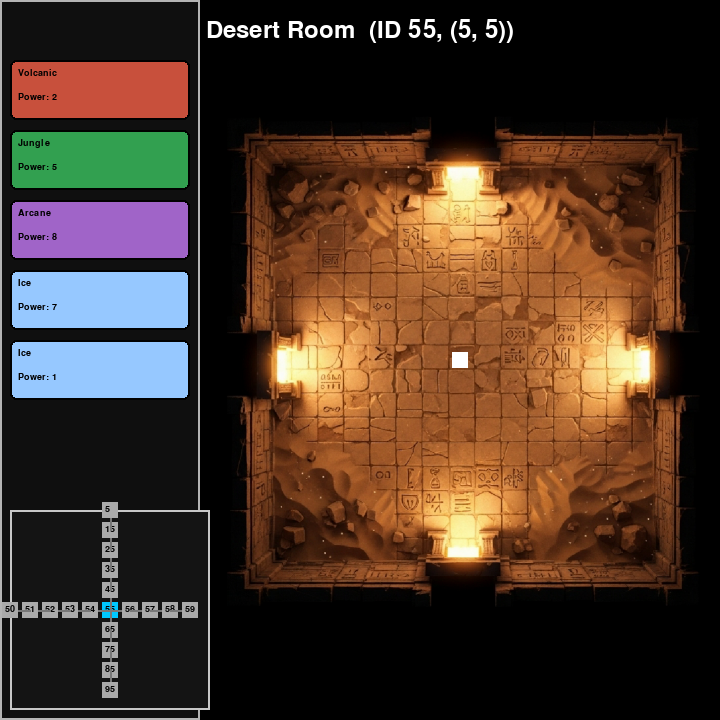
Repository: MehediMim/GateBound
Script's output: python main.py
These files come from the project's save history. The script's output is drawn as it stood at one moment and after the next save; the edit follows.
The window is shown after at most 60 frames with no key pressed. Random numbers start from a fixed seed. It also reads assets/bg_arcane.png, assets/bg_desert.png, assets/bg_ice.png, assets/bg_jungle.png, assets/bg_volcanic.png.

Above is the script's output before, as saved 2026-01-26 18:47:42.

### main.py
import pygame
import sys
import random

# =========================
# CONFIG
# =========================
SCREEN = 720
ROOM_ORIGINAL = 1024
ROOM_SCALE = 0.5
ROOM_DRAW = int(ROOM_ORIGINAL * ROOM_SCALE)  # 512
FPS = 60
PLAYER_SPEED = 5
DEBUG = False

GRID_W = 10
GRID_H = 10

# =========================
# CARD CONFIG
# =========================
CARD_TYPES = ["Jungle", "Desert", "Ice", "Volcanic", "Arcane"]
CARD_MIN_POWER = 1
CARD_MAX_POWER = 9
MAX_CARDS = 5



# =========================
# INIT
# =========================
pygame.init()
screen = pygame.display.set_mode((SCREEN, SCREEN))
pygame.display.set_caption("Tower Puzzle — Rooms (10x10)")
clock = pygame.time.Clock()
font = pygame.font.SysFont(None, 36)
map_font = pygame.font.SysFont(None, 14)

# =========================
# ROOM TYPES + BG
# =========================
ROOM_TYPES = ["Jungle", "Desert", "Ice", "Volcanic", "Arcane"]

BG_RAW = {
    "Jungle": pygame.image.load("assets/bg_jungle.png").convert(),
    "Desert": pygame.image.load("assets/bg_desert.png").convert(),
    "Ice": pygame.image.load("assets/bg_ice.png").convert(),
    "Volcanic": pygame.image.load("assets/bg_volcanic.png").convert(),
    "Arcane": pygame.image.load("assets/bg_arcane.png").convert(),
}

BG = {k: pygame.transform.smoothscale(v, (ROOM_DRAW, ROOM_DRAW)) for k, v in BG_RAW.items()}

# =========================
# LAYOUT
# =========================
SIDEBAR_W = 200
GAME_W = SCREEN - SIDEBAR_W
GAME_H = SCREEN

# =========================
# CENTER ROOM RECT (SCREEN SPACE)
# =========================
GAME_BOX_RECT = pygame.Rect(
    SIDEBAR_W + (GAME_W - ROOM_DRAW) // 2,
    (SCREEN - ROOM_DRAW) // 2,
    ROOM_DRAW,
    ROOM_DRAW
)

ROOM_RECT = GAME_BOX_RECT.copy()



# Door hitboxes around the center room (screen space)
DOORS = {
    "top":    pygame.Rect(ROOM_RECT.centerx - 56, ROOM_RECT.top - 112, 112, 112),
    "bottom": pygame.Rect(ROOM_RECT.centerx - 56, ROOM_RECT.bottom,     112, 112),
    "left":   pygame.Rect(ROOM_RECT.left - 112,   ROOM_RECT.centery - 56, 112, 112),
    "right":  pygame.Rect(ROOM_RECT.right,        ROOM_RECT.centery - 56, 112, 112),
}

# Allow player to reach doors
WALK_RECT = ROOM_RECT.copy()
for r in DOORS.values():
    WALK_RECT.union_ip(r)


SPAWN = ROOM_RECT.center

# =========================
# FIXED 10x10 WORLD (PERSISTENT)
# =========================
rooms = {}

def room_id(x, y):
    return y * GRID_W + x

def id_to_xy(rid):
    return (rid % GRID_W, rid // GRID_W)

def create_world():
    for y in range(GRID_H):
        for x in range(GRID_W):
            rid = room_id(x, y)

            links = {}
            if y > 0:              links["top"] = room_id(x, y - 1)
            if y < GRID_H - 1:     links["bottom"] = room_id(x, y + 1)
            if x > 0:              links["left"] = room_id(x - 1, y)
            if x < GRID_W - 1:     links["right"] = room_id(x + 1, y)

            rooms[rid] = {
                "id": rid,
                "pos": (x, y),
                "type": random.choice(ROOM_TYPES),  # random ONCE
                "links": links
            }

create_world()
current = room_id(GRID_W // 2, GRID_H // 2)

# =========================
# PLAYER
# =========================
player = pygame.Rect(0, 0, 16, 16)
player.center = SPAWN




# =========================
# CARDS
# =========================
cards = []

def create_random_card():
    return {
        "type": random.choice(CARD_TYPES),
        "power": random.randint(CARD_MIN_POWER, CARD_MAX_POWER)
    }

def init_cards():
    cards.clear()
    for _ in range(MAX_CARDS):
        cards.append(create_random_card())



def print_cards():
    print("---- CARDS ----")
    for i, c in enumerate(cards):
        print(f"{i}: {c['type']} ({c['power']})")
    print("---------------")

init_cards()
print_cards()
print("CARDS AT START:", cards)




# =========================
# MOVEMENT + ROOM CHANGE
# =========================
def move(dx, dy):
    player.x += dx
    player.y += dy
    player.clamp_ip(WALK_RECT)

def print_room_list():
    print("====== ROOM LIST (10x10) ======")
    for rid in range(GRID_W * GRID_H):
        print(f"Room {rid:02d} @ {rooms[rid]['pos']}: {rooms[rid]['type']}")
    print("===============================")

def change_room(direction):
    global current
    if direction in rooms[current]["links"]:
        current = rooms[current]["links"][direction]
        player.center = SPAWN

        r = rooms[current]
        print("---- ROOM CHANGE ----")
        print("Current:", current, "Grid:", r["pos"], "Type:", r["type"])
        for k in ("top", "left", "right", "bottom"):
            print(f"  {k} ->", r["links"].get(k))
        print("---------------------")

def handle_doors():
    for direction, rect in DOORS.items():
        if player.colliderect(rect):
            change_room(direction)
            break

# =========================
# DEBUG DRAW
# =========================
def draw_debug():
    pygame.draw.rect(screen, (0, 255, 0), ROOM_RECT, 2)
    pygame.draw.rect(screen, (255, 255, 0), WALK_RECT, 2)
    for name, r in DOORS.items():
        pygame.draw.rect(screen, (255, 0, 0), r, 2)
        t = map_font.render(name, True, (255, 0, 0))
        screen.blit(t, (r.x + 5, r.y + 5))
    pygame.draw.rect(screen, (0, 150, 255), player, 2)

def draw_debug_info():
    y = 60
    line_h = 20
    room = rooms[current]

    def line(text):
        nonlocal y
        screen.blit(font.render(text, True, (255, 255, 0)), (10, y))
        y += line_h

    line(f"Room ID: {current}  Grid: {room['pos']}  Type: {room['type']}")
    line(f"Top: {room['links'].get('top')}")
    line(f"Left: {room['links'].get('left')}")
    line(f"Right: {room['links'].get('right')}")
    line(f"Bottom: {room['links'].get('bottom')}")

# =========================
# MINIMAP (CROSS: MAX 5 EACH SIDE)
# =========================
def draw_minimap():
    panel_size = 200
    panel_x = 10
    panel_y = SCREEN - panel_size - 10


    node = 16
    gap = 4
    step = node + gap

    center_x = panel_x + panel_size // 2 - node // 2
    center_y = panel_y + panel_size // 2 - node // 2

    pygame.draw.rect(screen, (20, 20, 20), (panel_x, panel_y, panel_size, panel_size))
    pygame.draw.rect(screen, (200, 200, 200), (panel_x, panel_y, panel_size, panel_size), 2)

    # center
    pygame.draw.rect(screen, (0, 200, 255), (center_x, center_y, node, node))
    screen.blit(map_font.render(str(current), True, (0, 0, 0)), (center_x + 3, center_y + 2))

    for d, (dx, dy) in {
        "top": (0, -1),
        "bottom": (0, 1),
        "left": (-1, 0),
        "right": (1, 0),
    }.items():
        rid = current
        cx, cy = center_x, center_y

        for _ in range(5):
            nxt = rooms[rid]["links"].get(d)
            if nxt is None:
                break

            cx += dx * step
            cy += dy * step

            pygame.draw.line(
                screen, (120, 120, 120),
                (cx + node // 2 - dx * step, cy + node // 2 - dy * step),
                (cx + node // 2, cy + node // 2),
                2
            )

            pygame.draw.rect(screen, (170, 170, 170), (cx, cy, node, node))
            screen.blit(map_font.render(str(nxt), True, (0, 0, 0)), (cx + 3, cy + 2))

            rid = nxt
def draw_cards():
    x = 10
    y = 60
    w = SIDEBAR_W - 20
    h = 60
    gap = 10

    for i, c in enumerate(cards):
        color = {
            "Jungle": (50, 160, 80),
            "Desert": (200, 180, 80),
            "Ice": (150, 200, 255),
            "Volcanic": (200, 80, 60),
            "Arcane": (160, 100, 200)
        }[c["type"]]

        rect = pygame.Rect(x, y + i * (h + gap), w, h)

        pygame.draw.rect(screen, color, rect, border_radius=6)
        pygame.draw.rect(screen, (0, 0, 0), rect, 2, border_radius=6)

        t1 = map_font.render(c["type"], True, (0, 0, 0))
        t2 = map_font.render(f"Power: {c['power']}", True, (0, 0, 0))

        screen.blit(t1, (rect.x + 8, rect.y + 8))
        screen.blit(t2, (rect.x + 8, rect.y + 32))


# =========================
# LOOP
# =========================
while True:
    clock.tick(FPS)

    for e in pygame.event.get():
        if e.type == pygame.QUIT:
            pygame.quit()
            sys.exit()
        if e.type == pygame.KEYDOWN:
            if e.key == pygame.K_p:   # print whole list on demand
                print_room_list()

    k = pygame.key.get_pressed()
    dx = dy = 0
    if k[pygame.K_a] or k[pygame.K_LEFT]:
        dx -= PLAYER_SPEED
    if k[pygame.K_d] or k[pygame.K_RIGHT]:
        dx += PLAYER_SPEED
    if k[pygame.K_w] or k[pygame.K_UP]:
        dy -= PLAYER_SPEED
    if k[pygame.K_s] or k[pygame.K_DOWN]:
        dy += PLAYER_SPEED

    move(dx, dy)
    handle_doors()

    screen.fill((0, 0, 0))   # ✅ ONLY ONCE, FIRST


    # Sidebar background
    pygame.draw.rect(screen, (15, 15, 15), (0, 0, SIDEBAR_W, SCREEN))
    pygame.draw.rect(screen, (180, 180, 180), (0, 0, SIDEBAR_W, SCREEN), 2)

    # Game box background
    pygame.draw.rect(screen, (30, 30, 30), GAME_BOX_RECT)
    pygame.draw.rect(screen, (180, 180, 180), GAME_BOX_RECT, 2)




    # =====================
    # DRAW (HALF PREVIEWS)
    # =====================


    room = rooms[current]
    cx, cy = ROOM_RECT.topleft
    w = h = ROOM_DRAW
    half = w // 2

    screen.set_clip(GAME_BOX_RECT)

    # Center room (full)
    screen.blit(BG[room["type"]], (cx, cy))

    # Top room (show bottom half)
    top_id = room["links"].get("top")
    if top_id is not None:
        top_room = rooms[top_id]
        top_img = BG[top_room["type"]].subsurface(pygame.Rect(0, half, w, half))
        screen.blit(top_img, (cx, cy - half))

    # Bottom room (show top half)
    bottom_id = room["links"].get("bottom")
    if bottom_id is not None:
        bottom_room = rooms[bottom_id]
        bottom_img = BG[bottom_room["type"]].subsurface(pygame.Rect(0, 0, w, half))
        screen.blit(bottom_img, (cx, cy + w))

    # Left room (show right half)
    left_id = room["links"].get("left")
    if left_id is not None:
        left_room = rooms[left_id]
        left_img = BG[left_room["type"]].subsurface(pygame.Rect(half, 0, half, h))
        screen.blit(left_img, (cx - half, cy))

    # Right room (show left half)
    right_id = room["links"].get("right")
    if right_id is not None:
        right_room = rooms[right_id]
        right_img = BG[right_room["type"]].subsurface(pygame.Rect(0, 0, half, h))
        screen.blit(right_img, (cx + w, cy))

    # Player
    pygame.draw.rect(screen, (255, 255, 255), player)

    screen.set_clip(None)


    # ---------- UI ----------
    draw_cards()
    draw_minimap()


    # Label
    label = font.render(f"{room['type']} Room  (ID {current}, {room['pos']})", True, (255, 255, 255))
    screen.blit(label, (SCREEN // 2 - label.get_width() // 2, 18))

    if DEBUG:
        draw_debug()
        draw_debug_info()



    pygame.display.flip()

After the next save:
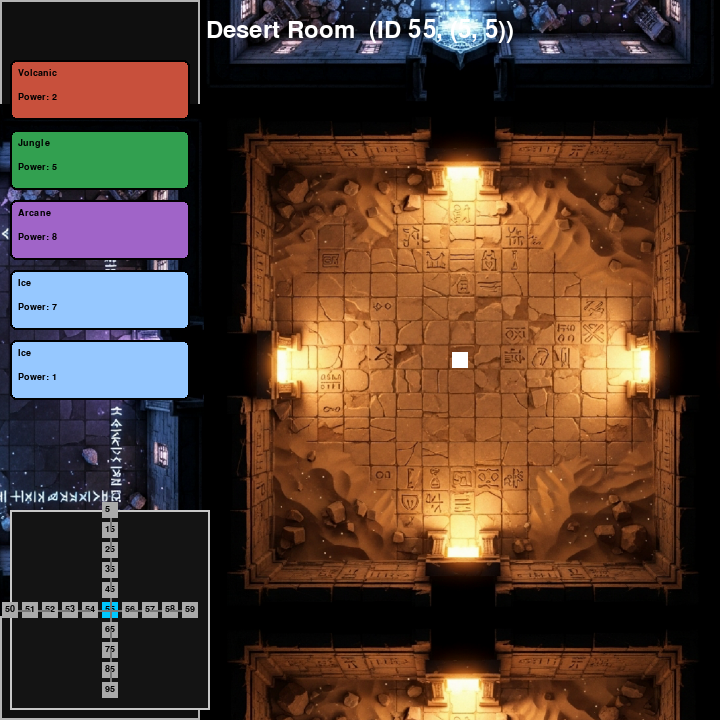
Saved 19 s later.
--- a/main.py
+++ b/main.py
@@ -352,7 +352,6 @@ while True:
     w = h = ROOM_DRAW
     half = w // 2
 
-    screen.set_clip(GAME_BOX_RECT)
 
     # Center room (full)
     screen.blit(BG[room["type"]], (cx, cy))
@@ -388,9 +387,6 @@ while True:
     # Player
     pygame.draw.rect(screen, (255, 255, 255), player)
 
-    screen.set_clip(None)
-
-
     # ---------- UI ----------
     draw_cards()
     draw_minimap()
